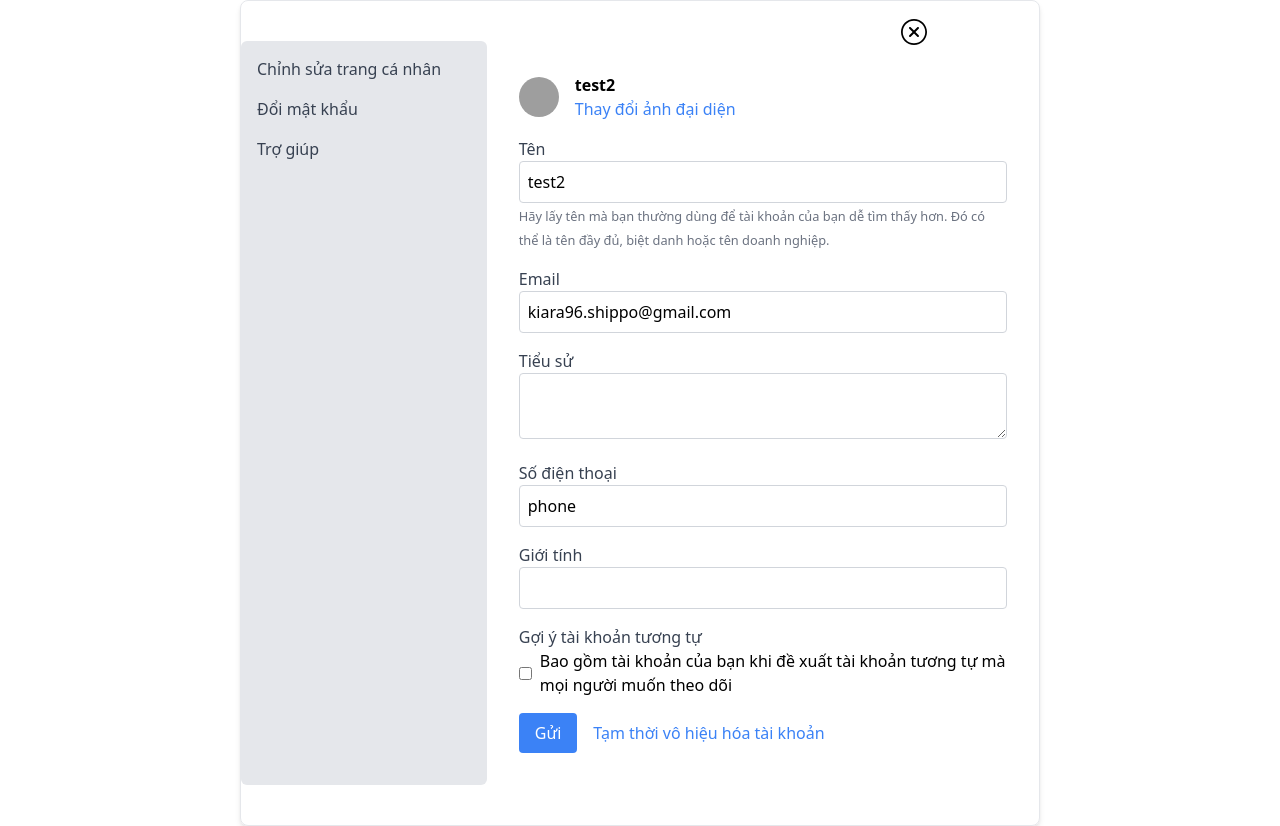
Repository: DangNgocDuong250903/2425_CS445AC_NHOM1
Page: /update_user (app in social_fe/)
An editor plug-in stored every save of this project. The page is shown before and after the next save, followed by the edit.
The browser window is 1280 px wide. The pictures show the whole page.
Pictures or frames that could not be fetched are drawn as grey boxes. The project was rebuilt for these pictures with package versions that can differ from the ones it lists, and the page was loaded fresh each time. Also part of the build but not shown: social_fe/vite.config.js, social_fe/src/components/Button/index.jsx, social_fe/src/assets/index.js, social_fe/src/components/FriendCard/index.jsx, social_fe/src/components/Loading/index.jsx, social_fe/src/components/PostCard/index.jsx, social_fe/src/components/ProfileCard/index.jsx, social_fe/src/components/TextInput/index.jsx and 8 more.

Above is the page before, as saved 2024-11-05 11:04:24.

After the next save:
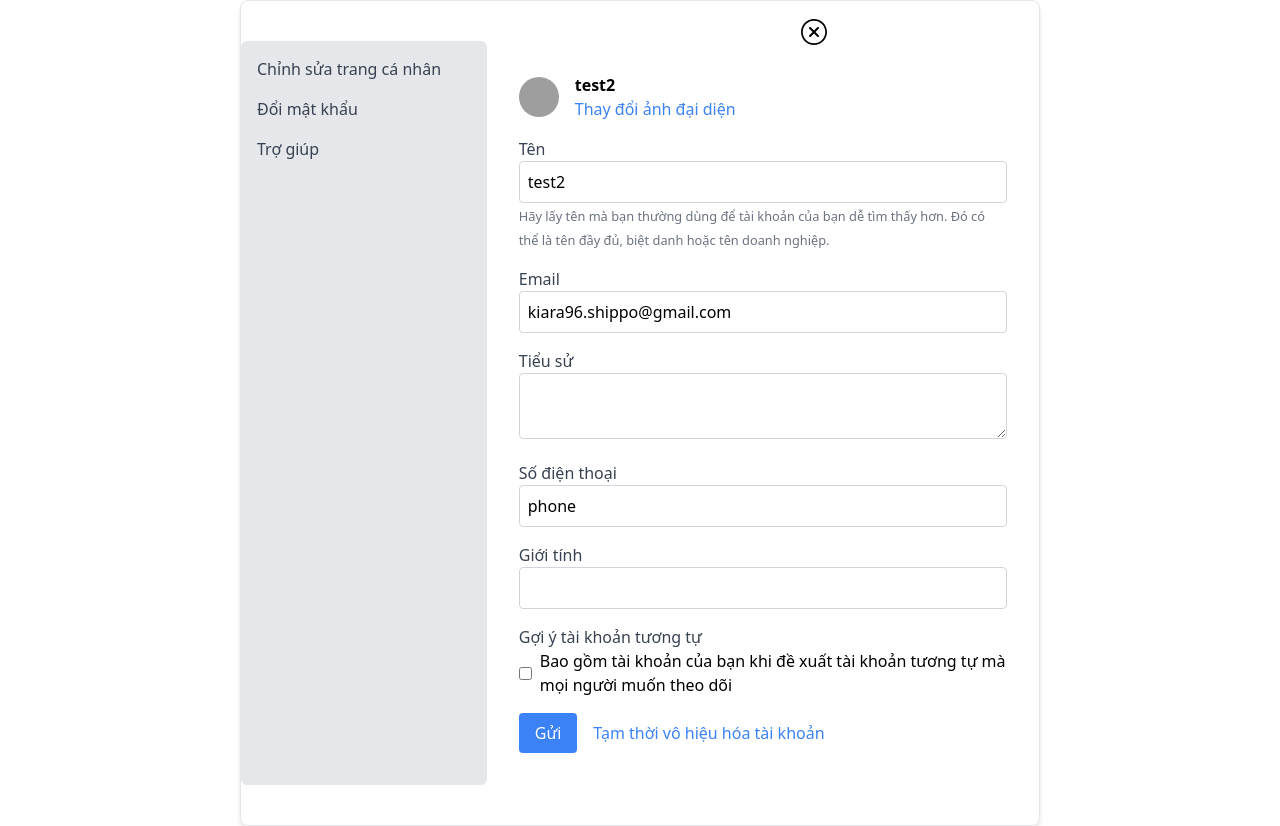
Saved 4 s later.
--- a/social_fe/src/pages/ProfilePage/updateUser.jsx
+++ b/social_fe/src/pages/ProfilePage/updateUser.jsx
@@ -10,7 +10,7 @@ const UpdateUser = () => {
     };
     return (
         <div className="flex w-[800px] mx-auto pt-10 pb-10 border border-gray-200 shadow-md rounded-lg ">
-            <IoIosCloseCircleOutline onClick={() => navigate("/")} className="absolute w-8 h-8 cursor-pointer top-4 right-[350px] hover:text-red-400 " />
+            <IoIosCloseCircleOutline onClick={() => navigate("/")} className="absolute w-8 h-8 cursor-pointer top-4 right-[450px] hover:text-red-400 " />
             <div className="w-1/3 p-4 bg-gray-200 rounded-md">
                 <ul className="flex flex-col">
 
